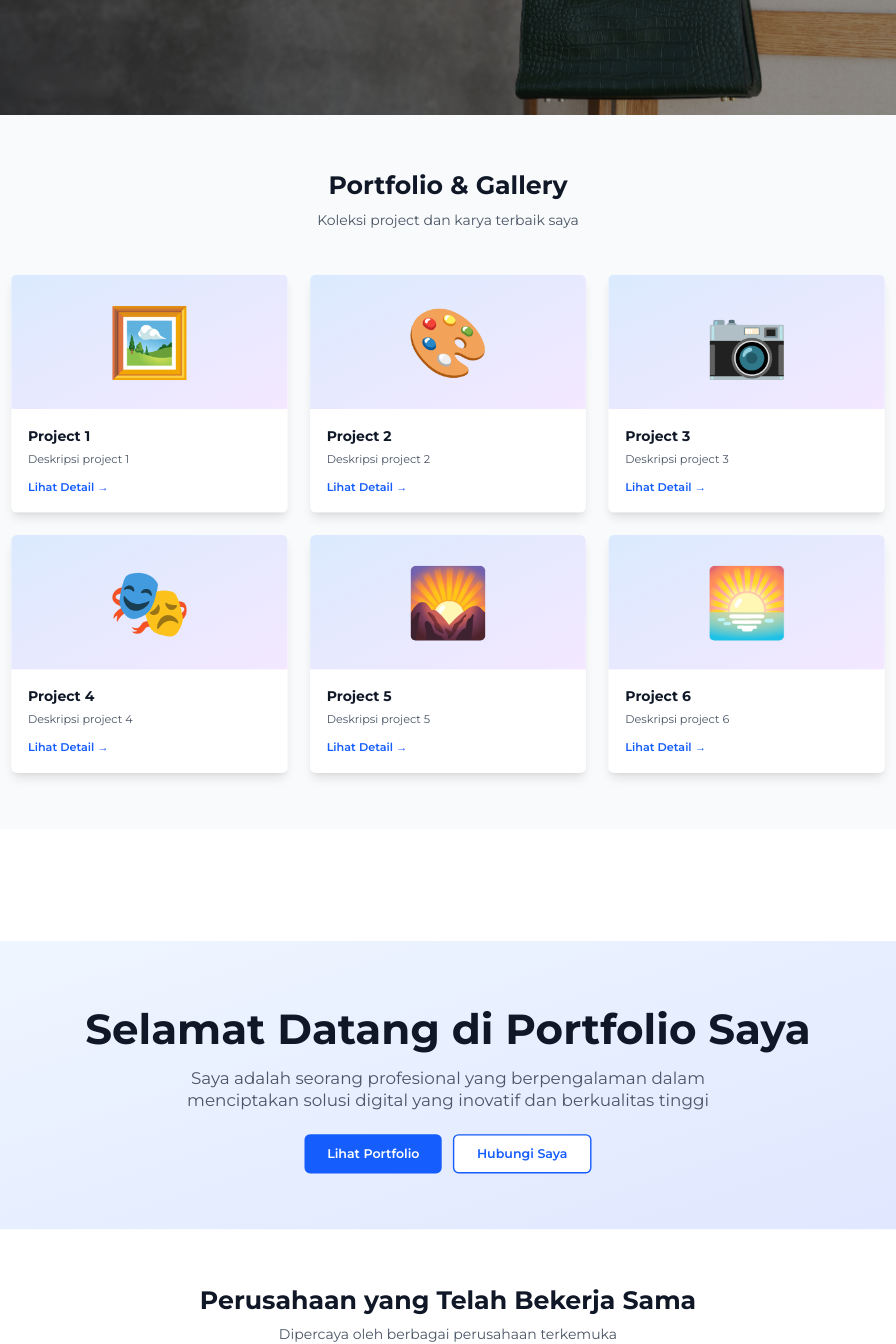
Repository: faridfirdaus-fred/konveksi_misju
Page: /
An editor plug-in stored every save of this project. The page is shown before and after the next save, followed by the edit.
The browser window is 1280 px wide. The pictures show the part of the page from y = 555 to 2475 px (the page is 3133 px tall), at 70% of full size.
The project was rebuilt for these pictures with package versions that can differ from the ones it lists, and the page was loaded fresh each time. Also part of the build but not shown: vite.config.js.

Above is the page before, as saved 2026-01-08 21:30:50.

### index.html
<!doctype html>
<html lang="en">
  <head>
    <meta charset="UTF-8" />
    <link rel="icon" type="image/svg+xml" href="/vite.svg" />
    <meta name="viewport" content="width=device-width, initial-scale=1.0" />
    <link rel="preconnect" href="https://fonts.googleapis.com">
    <link rel="preconnect" href="https://fonts.gstatic.com" crossorigin>
    <link href="https://fonts.googleapis.com/css2?family=Montserrat:wght@300;400;500;600;700;800&display=swap" rel="stylesheet">
    <title>portfolio_misju</title>
  </head>
  <body>
    <div id="root"></div>
    <script type="module" src="/src/main.jsx"></script>
  </body>
</html>

### src/index.css
@import "tailwindcss";

@theme {
  --color-primary: #654834;
  --color-secondary: #F7F7F7;
}

### src/App.jsx
import './App.css'
import Navbar from './components/Navbar'
import Hero from './components/Hero'
import Partners from './components/Partners'
import Gallery from './components/Gallery'
import About from './components/About'
import Footer from './components/Footer'
import Hero_Bottom from './components/Hero_Bottom'

function App() {
  return (
    <div className="min-h-screen bg-gray-50">
      <Navbar />
      <Hero />
      <Gallery />
      <About />
      <Hero_Bottom />
      <Partners />
      <Footer />
    </div>
  )
}

export default App

### src/App.css
/* Custom styles for portfolio */
html {
  scroll-behavior: smooth;
}

body {
  font-family: "Montserrat", sans-serif;
  font-optical-sizing: auto;
}

### src/components/Navbar.jsx
import { useState } from 'react'
import logo from '../assets/logo.webp'

function Navbar() {
    const [isMobileMenuOpen, setIsMobileMenuOpen] = useState(false)

    const scrollToSection = (id) => {
        const element = document.getElementById(id)
        if (element) {
            element.scrollIntoView({ behavior: 'smooth' })
        }
        setIsMobileMenuOpen(false)
    }

    return (
        <nav className="fixed top-0 left-0 right-0 bg-secondary shadow-md z-50">
            <div className="w-11/12 md:11/12 mx-auto">
                <div className="flex justify-between items-center h-16">
                    {/* Logo - Kiri */}
                    <div className="shrink-0">
                        <a href="#home" className="flex items-center">
                            <img src={logo} alt="MyPortfolio Logo" className="h-10 w-auto" />
                        </a>
                    </div>

                    {/* Navigation - Tengah (Desktop) */}
                    <div className="hidden md:flex space-x-8">
                        <button onClick={() => scrollToSection('home')} className="text-gray-700 hover:text-primary transition">
                            Beranda
                        </button>

                        <button onClick={() => scrollToSection('gallery')} className="text-gray-700 hover:text-primary transition">
                            Galeri
                        </button>
                        <button onClick={() => scrollToSection('about')} className="text-gray-700 hover:text-primary transition">
                            Tentang
                        </button>
                         <button onClick={() => scrollToSection('partners')} className="text-gray-700 hover:text-primary transition">
                            Mitra
                        </button>
                    </div>

                    {/* Contact Button - Kanan */}
                    <div className="hidden md:block">
                        <a
                            href="https://wa.me/6285318217545"
                            target="_blank"
                            rel="noopener noreferrer"
                            className="inline-block bg-primary text-white px-6 py-2 rounded-lg transition hover:bg-secondary hover:text-primary border-2 border-primary"
                        >
                            Hubungi Kami
                        </a>
                    </div>

                    {/* Mobile menu button */}
                    <div className="md:hidden">
                        <button
                            onClick={() => setIsMobileMenuOpen(!isMobileMenuOpen)}
                            className="text-gray-700 hover:text-blue-600"
                        >
                            <svg className="h-6 w-6" fill="none" viewBox="0 0 24 24" stroke="currentColor">
                                <path strokeLinecap="round" strokeLinejoin="round" strokeWidth={2} d={isMobileMenuOpen ? "M6 18L18 6M6 6l12 12" : "M4 6h16M4 12h16M4 18h16"} />
                            </svg>
                        </button>
                    </div>
                </div>
            </div>

            {/* Mobile menu */}
            {isMobileMenuOpen && (
                <div className="md:hidden bg-white border-t">
                    <div className="px-2 pt-2 pb-3 space-y-1">
                        <button onClick={() => scrollToSection('home')} className="block w-full text-left px-3 py-2 text-gray-700 hover:bg-gray-100">
                            Beranda
                        </button>
                        <button onClick={() => scrollToSection('partners')} className="block w-full text-left px-3 py-2 text-gray-700 hover:bg-gray-100">
                            Mitra
                        </button>
                        <button onClick={() => scrollToSection('gallery')} className="block w-full text-left px-3 py-2 text-gray-700 hover:bg-gray-100">
                            Galeri
                        </button>
                        <button onClick={() => scrollToSection('about')} className="block w-full text-left px-3 py-2 text-gray-700 hover:bg-gray-100">
                            Tentang
                        </button>
                        <a
                            href="https://wa.me/6285318217545"
                            target="_blank"
                            rel="noopener noreferrer"
                            className="block w-full text-center px-3 py-2 bg-primary text-secondary hover:bg-secondary hover:text-primary rounded"
                        >
                            Hubungi Kami
                        </a>
                    </div>
                </div>
            )}
        </nav>
    )
}

export default Navbar

### src/components/Hero.jsx
import hero from '../assets/hero.webp'

function Hero() {

  return (
    <section
      id="home"
      className="min-h-screen w-full flex items-center relative bg-cover bg-center bg-no-repeat"
      style={{
        backgroundImage: `url(${hero})`
      }}
    >
      {/* Overlay */}
      <div className="absolute inset-0 bg-black/40"></div>

      {/* Content */}
      <div className="relative z-10 w-11/12 mx-auto">
        <div className="w-6/12">
          <h1 className="text-4xl md:text-6xl font-bold text-white mb-4">
            Misju - Konveksi Tas Berkualitas
          </h1>
          <p className="text-lg md:text-xl text-white/90 mb-6">
            Spesialis pembuatan tas custom untuk kebutuhan pribadi, bisnis, dan institusi. Kualitas terjamin dengan harga terjangkau.
          </p>
          <div className="flex flex-wrap gap-4">
            <a
              href="https://wa.me/6285318217545"
              target="_blank"
              rel="noopener noreferrer"
              className="bg-primary text-white px-6 py-3 rounded-lg text-lg font-semibold hover:bg-secondary hover:text-primary transition shadow-lg"
            >
              Hubungi Kami
            </a>
          </div>
        </div>
        <div className='w-6/12'></div>
      </div>
    </section>
  )
}

export default Hero

### src/components/Partners.jsx
function Partners() {
  const partners = [
    { id: 1, name: 'Company 1', logo: '🏢' },
    { id: 2, name: 'Company 2', logo: '🏭' },
    { id: 3, name: 'Company 3', logo: '🏪' },
    { id: 4, name: 'Company 4', logo: '🏛️' },
    { id: 5, name: 'Company 5', logo: '🏦' },
  ]

  return (
    <section id="partners" className="py-20 px-4 bg-white">
      <div className="max-w-7xl mx-auto">
        <div className="text-center mb-16">
          <h2 className="text-4xl font-bold text-gray-900 mb-4">
            Perusahaan yang Telah Bekerja Sama
          </h2>
          <p className="text-xl text-gray-600">
            Dipercaya oleh berbagai perusahaan terkemuka
          </p>
        </div>
        <div className="grid grid-cols-2 md:grid-cols-3 lg:grid-cols-5 gap-8">
          {partners.map((partner) => (
            <div key={partner.id} className="flex flex-col items-center justify-center p-6 bg-gray-50 rounded-lg hover:shadow-lg transition">
              <div className="text-6xl mb-4">{partner.logo}</div>
              <p className="text-gray-700 font-semibold">{partner.name}</p>
            </div>
          ))}
        </div>
      </div>
    </section>
  )
}

export default Partners

### src/components/Gallery.jsx
function Gallery() {
  const galleryItems = [
    { id: 1, title: 'Project 1', image: '🖼️', description: 'Deskripsi project 1' },
    { id: 2, title: 'Project 2', image: '🎨', description: 'Deskripsi project 2' },
    { id: 3, title: 'Project 3', image: '📷', description: 'Deskripsi project 3' },
    { id: 4, title: 'Project 4', image: '🎭', description: 'Deskripsi project 4' },
    { id: 5, title: 'Project 5', image: '🌄', description: 'Deskripsi project 5' },
    { id: 6, title: 'Project 6', image: '🌅', description: 'Deskripsi project 6' },
  ]

  return (
    <section id="gallery" className="py-20 px-4 bg-gray-50">
      <div className="max-w-7xl mx-auto">
        <div className="text-center mb-16">
          <h2 className="text-4xl font-bold text-gray-900 mb-4">
            Portfolio & Gallery
          </h2>
          <p className="text-xl text-gray-600">
            Koleksi project dan karya terbaik saya
          </p>
        </div>
        <div className="grid grid-cols-1 md:grid-cols-2 lg:grid-cols-3 gap-8">
          {galleryItems.map((item) => (
            <div key={item.id} className="bg-white rounded-lg overflow-hidden shadow-lg hover:shadow-xl transition">
              <div className="h-48 bg-gradient-to-br from-blue-100 to-purple-100 flex items-center justify-center text-8xl">
                {item.image}
              </div>
              <div className="p-6">
                <h3 className="text-xl font-bold text-gray-900 mb-2">{item.title}</h3>
                <p className="text-gray-600">{item.description}</p>
                <button className="mt-4 text-blue-600 font-semibold hover:text-blue-700">
                  Lihat Detail →
                </button>
              </div>
            </div>
          ))}
        </div>
      </div>
    </section>
  )
}

export default Gallery

### src/components/About.jsx
function About() {
  return (
    <section id="about" className="py-20 px-4 bg-white ">
      <div className="max-w-7xl mx-auto">

      </div>
    </section>
  )
}

export default About

### src/components/Footer.jsx
function Footer() {
  const scrollToSection = (id) => {
    const element = document.getElementById(id)
    if (element) {
      element.scrollIntoView({ behavior: 'smooth' })
    }
  }

  return (
    <footer id="footer" className="bg-primary text-white py-12 px-4">
      <div className="max-w-7xl mx-auto">
        <div className="grid grid-cols-1 md:grid-cols-3 gap-8 mb-8">
          {/* About */}
          <div>
            <h3 className="text-2xl font-bold mb-4">MyPortfolio</h3>
            <p className="text-gray-400">
              Menciptakan solusi digital yang inovatif dan berkualitas untuk kesuksesan bisnis Anda
            </p>
          </div>

          {/* Quick Links */}
          <div>
            <h3 className="text-xl font-bold mb-4">Quick Links</h3>
            <ul className="space-y-2">
              <li>
                <button onClick={() => scrollToSection('home')} className="text-gray-400 hover:text-white transition">
                  Home
                </button>
              </li>
              <li>
                <button onClick={() => scrollToSection('partners')} className="text-gray-400 hover:text-white transition">
                  Partners
                </button>
              </li>
              <li>
                <button onClick={() => scrollToSection('gallery')} className="text-gray-400 hover:text-white transition">
                  Gallery
                </button>
              </li>
              <li>
                <button onClick={() => scrollToSection('about')} className="text-gray-400 hover:text-white transition">
                  About
                </button>
              </li>
            </ul>
          </div>

          {/* Contact */}
          <div>
            <h3 className="text-xl font-bold mb-4">Contact</h3>
            <ul className="space-y-2 text-gray-400">
              <li>📧 email@example.com</li>
              <li>📱 +62 123 4567 8900</li>
              <li>📍 Jakarta, Indonesia</li>
            </ul>
            <div className="flex gap-4 mt-4">
              <a href="#" className="text-2xl hover:text-blue-400 transition">🔗</a>
              <a href="#" className="text-2xl hover:text-blue-400 transition">💼</a>
              <a href="#" className="text-2xl hover:text-blue-400 transition">📸</a>
            </div>
          </div>
        </div>

        <div className="border-t border-gray-800 pt-8 text-center text-gray-400">
          <p>&copy; 2026 MyPortfolio. All rights reserved.</p>
        </div>
      </div>
    </footer>
  )
}

export default Footer

### src/components/Hero_Bottom.jsx
function Hero_Bottom() {
  const scrollToSection = (id) => {
    const element = document.getElementById(id)
    if (element) {
      element.scrollIntoView({ behavior: 'smooth' })
    }
  }

  return (
    <section id="home" className="pt-24 pb-20 px-4 bg-gradient-to-br from-blue-50 to-indigo-100">
      <div className="max-w-7xl mx-auto">
        <div className="text-center">
          <h1 className="text-5xl md:text-6xl font-bold text-gray-900 mb-6">
            Selamat Datang di Portfolio Saya
          </h1>
          <p className="text-xl md:text-2xl text-gray-600 mb-8 max-w-3xl mx-auto">
            Saya adalah seorang profesional yang berpengalaman dalam menciptakan solusi digital yang inovatif dan berkualitas tinggi
          </p>
          <div className="flex justify-center gap-4">
            <button onClick={() => scrollToSection('gallery')} className="bg-blue-600 text-white px-8 py-3 rounded-lg text-lg font-semibold hover:bg-blue-700 transition">
              Lihat Portfolio
            </button>
            <button onClick={() => scrollToSection('footer')} className="bg-white text-blue-600 px-8 py-3 rounded-lg text-lg font-semibold border-2 border-blue-600 hover:bg-blue-50 transition">
              Hubungi Saya
            </button>
          </div>
        </div>
      </div>
    </section>
  )
}

export default Hero_Bottom

Loaded but not shown: src/main.jsx (common file)

After the next save:
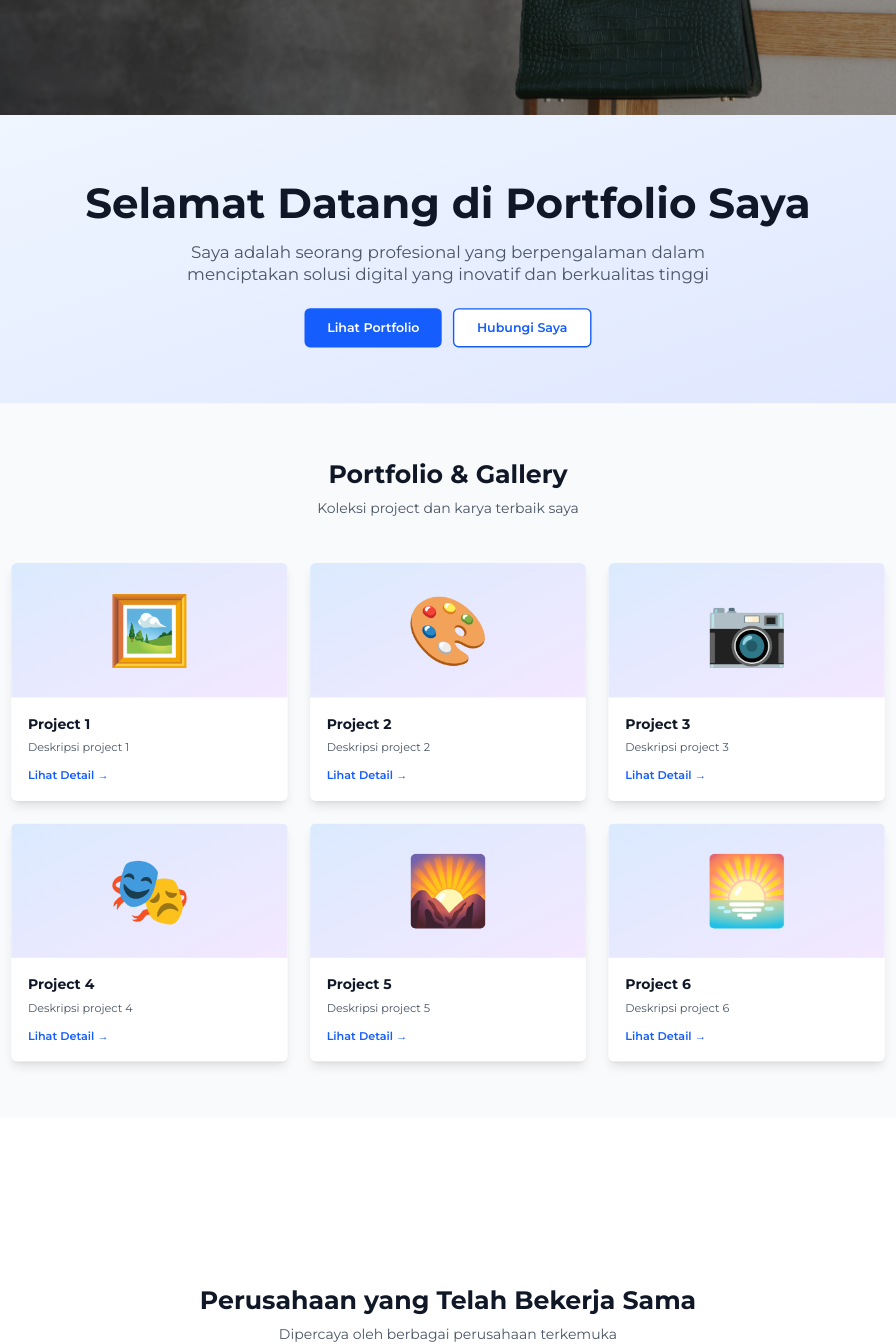
Saved 21 h 27 min later.
--- a/src/App.jsx
+++ b/src/App.jsx
@@ -12,9 +12,9 @@
     <div className="min-h-screen bg-gray-50">
       <Navbar />
       <Hero />
+      <Hero_Bottom />
       <Gallery />
       <About />
-      <Hero_Bottom />
       <Partners />
       <Footer />
     </div>
